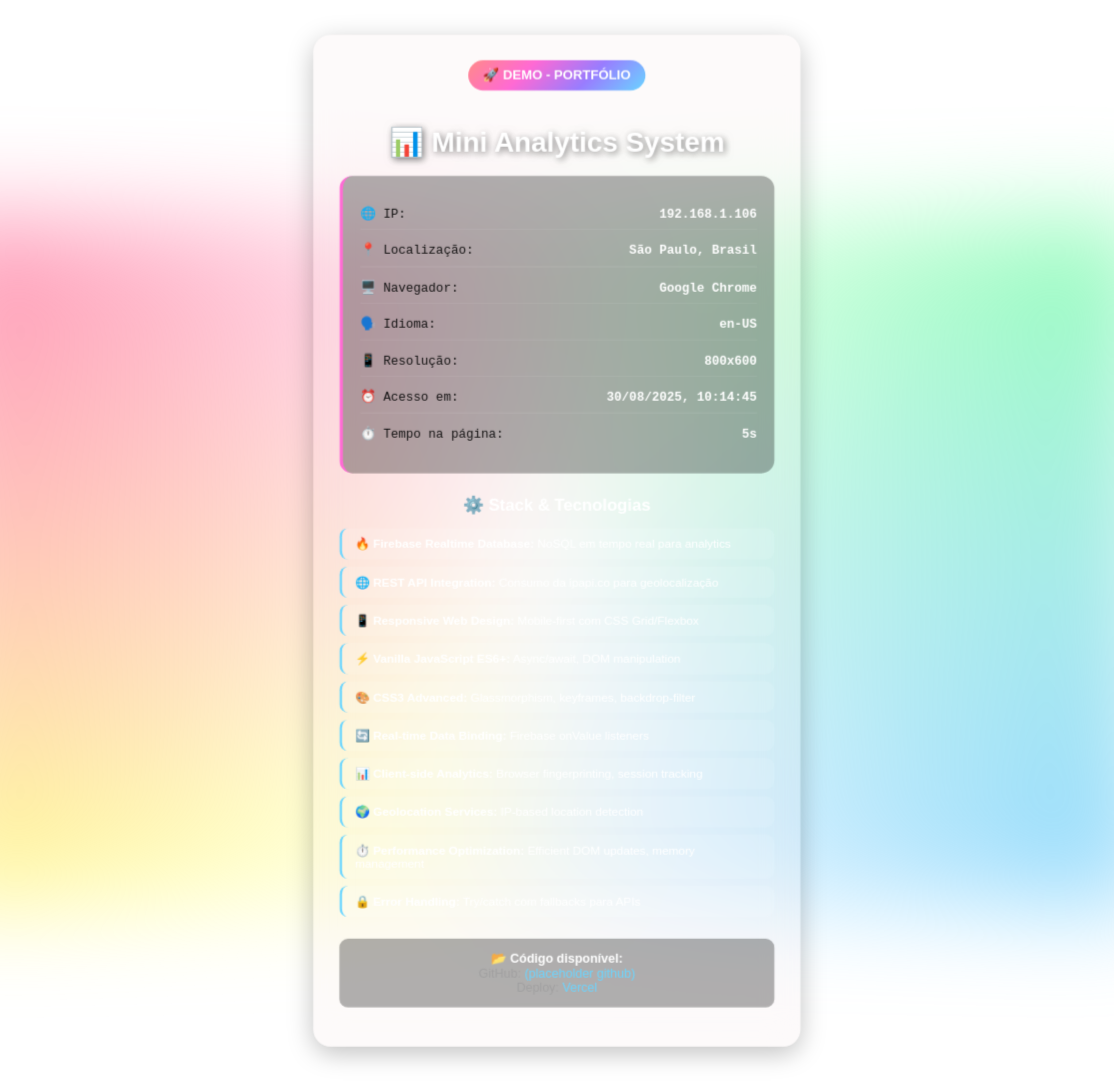
Repository: nardogod/mini-analytics
Page: mini.html
The author's editor kept a copy of each file at every save. The page is drawn from the files as they stood at one save, then again after the next save.
The browser window is 1280 px wide. The pictures show the whole page, at 87% of full size.

Above is the page before, as saved 2025-08-30 10:45:11.

After the next save:
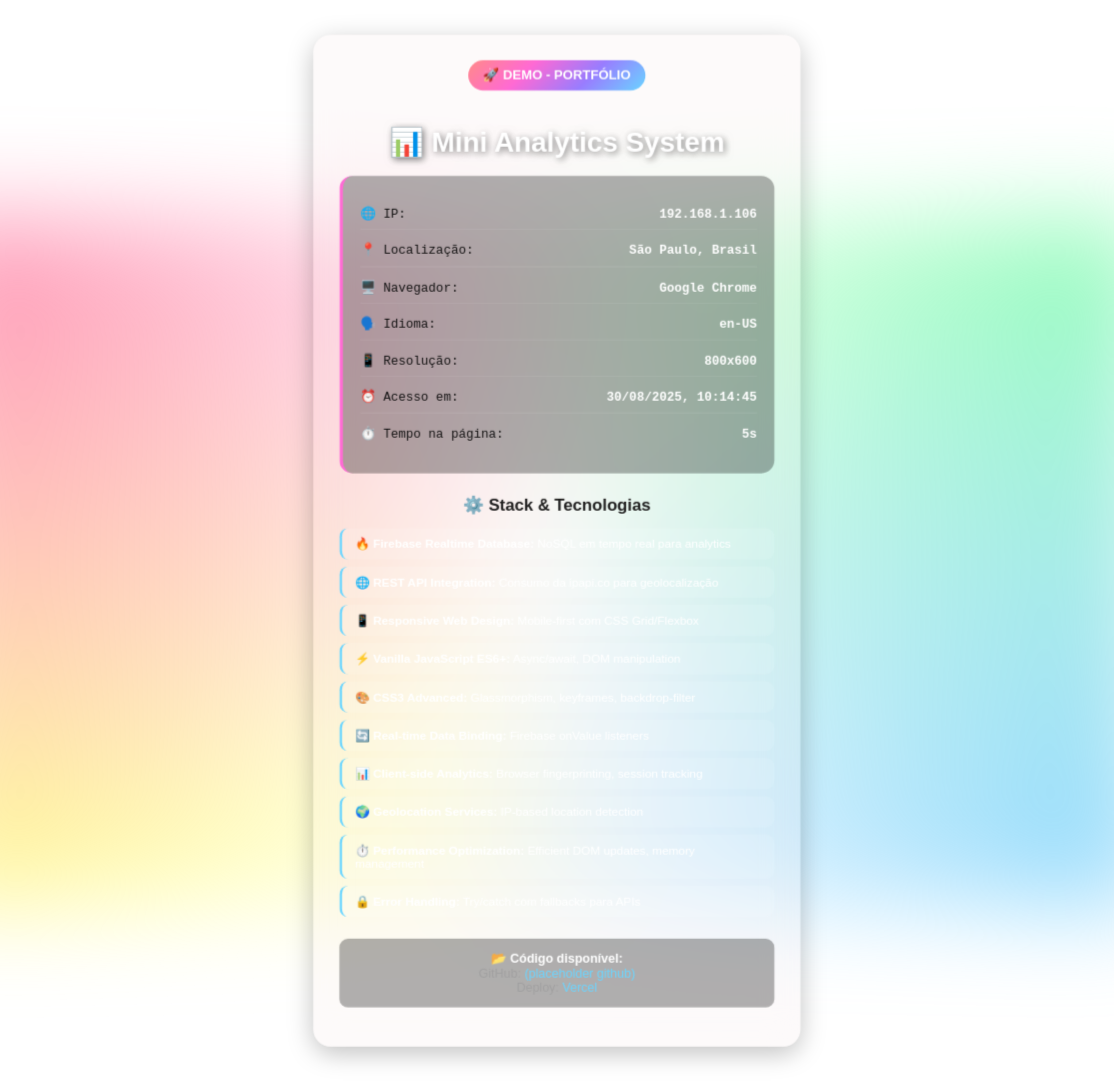
Saved 35 s later.
--- a/mini.html
+++ b/mini.html
@@ -143,7 +143,7 @@
         font-size: 1.2rem;
         margin-bottom: 15px;
         text-align: center;
-        color: #fff;
+        color: #201f1f;
       }
 
       .tecnicas ul {
